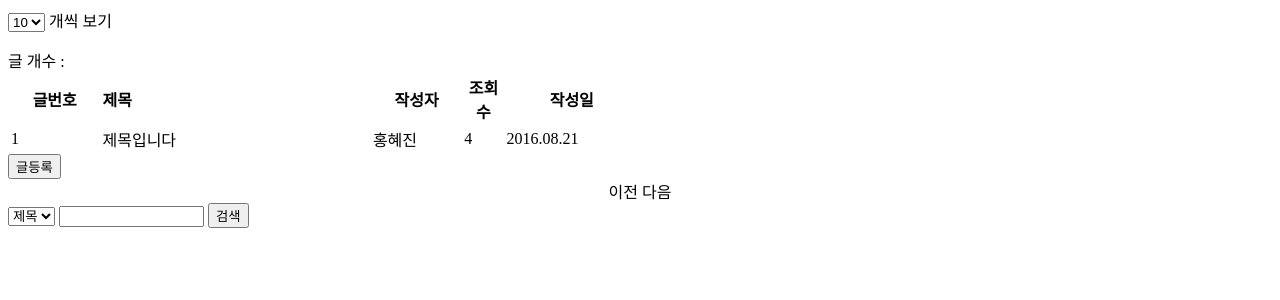
Repository: ekgus419/hckj
Page: http://localhost/Railro/WEB-INF/views/freeBoard/freeBoardSearchList.jsp
The author's editor kept a copy of each file at every save. The page is drawn from the files as they stood at one save, then again after the next save.
The browser window is 1280 px wide. The pictures show the whole page.
The page is served by Tomcat 9. Nobody is signed in. Other server files are loaded and not shown. The template is opened directly, without the code that normally fills it, so the values that code supplies are empty.

Above is the page before, as saved 2016-08-21 11:01:46.

### Railro/src/main/webapp/WEB-INF/views/freeBoard/freeBoardSearchList.jsp
<%@ page language="java" pageEncoding="UTF-8" trimDirectiveWhitespaces="true"%>

<div id="content">
	<div class="setting">
		<div class="limit-setting">
			<form action="" method="get">
				<select name="limit" onchange="limit_submit()">
					<option value="5">5</option>
					<option value="10" selected="selected">10</option>
					<option value="15">15</option>
					<option value="20">20</option>
				</select>
				개씩 보기
			</form>
		</div>
		<span>글 개수 :</span>
	</div>
	<table width="50%">
	  <tr>
	    <th width="5%">글번호</th>
	    <th width="15%" style="text-align: left">제목</th>
	    <th width="5%">작성자</th>
	    <th width="2%">조회수</th>
	    <th width="5%">작성일</th>
	  </tr>

	  <tr>
	  	<td>1</td>
	  	<td style="text-align: left">제목입니다</td>
	  	<td>홍혜진</td>
	  	<td>4</td>
	  	<td>2016.08.21</td>
	  </tr>

	</table>
	<div class="button1">
		<button class="button" onclick="location.href='freeBoardReg.htm'">글등록</button>
	</div>

	<div class="paging" align="center">
	이전&nbsp;다음
	</div>

	      <!-- 검색입력 폼 -->
	<form method= post action=''>
		<div class="search">
		  	<select name = src_name>
		        <option value=name>이름 </option>
		        <option value=subject selected>제목 </option>
				<option value=memo>내용 </option>
		    </select>
		  	<input type=text name = src_value size=15>
			<input type=submit value = 검색>
		</div>
	 </form>
</div>

After the next save:
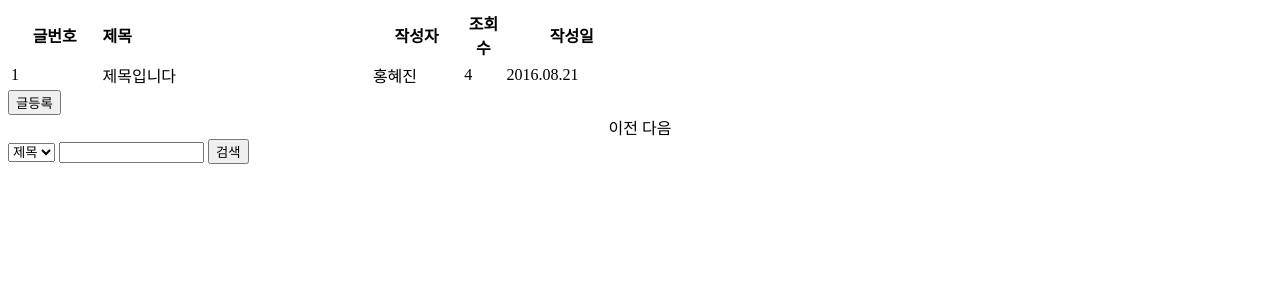
Saved 82 s later.
--- a/Railro/src/main/webapp/WEB-INF/views/freeBoard/freeBoardSearchList.jsp
+++ b/Railro/src/main/webapp/WEB-INF/views/freeBoard/freeBoardSearchList.jsp
@@ -1,20 +1,7 @@
 <%@ page language="java" pageEncoding="UTF-8" trimDirectiveWhitespaces="true"%>
 
 <div id="content">
-	<div class="setting">
-		<div class="limit-setting">
-			<form action="" method="get">
-				<select name="limit" onchange="limit_submit()">
-					<option value="5">5</option>
-					<option value="10" selected="selected">10</option>
-					<option value="15">15</option>
-					<option value="20">20</option>
-				</select>
-				개씩 보기
-			</form>
-		</div>
-		<span>글 개수 :</span>
-	</div>
+
 	<table width="50%">
 	  <tr>
 	    <th width="5%">글번호</th>

After the save that followed:
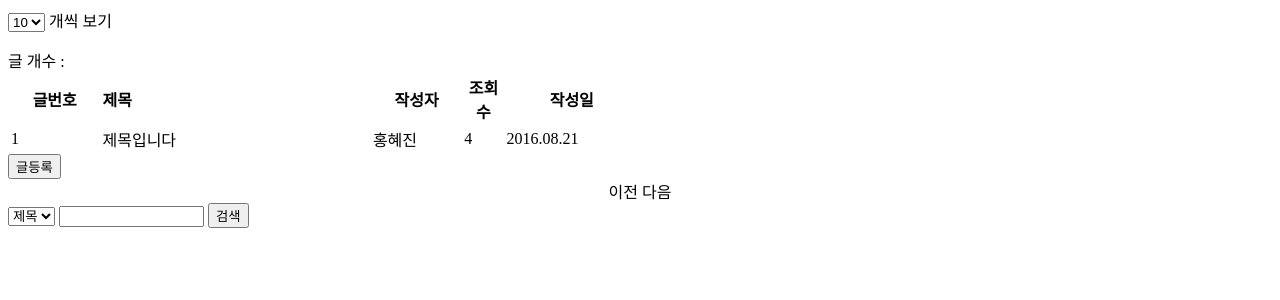
Saved 16 s later.
--- a/Railro/src/main/webapp/WEB-INF/views/freeBoard/freeBoardSearchList.jsp
+++ b/Railro/src/main/webapp/WEB-INF/views/freeBoard/freeBoardSearchList.jsp
@@ -1,7 +1,20 @@
 <%@ page language="java" pageEncoding="UTF-8" trimDirectiveWhitespaces="true"%>
 
 <div id="content">
-
+	<div class="setting">
+		<div class="limit-setting">
+			<form action="" method="get">
+				<select name="limit" onchange="limit_submit()">
+					<option value="5">5</option>
+					<option value="10" selected="selected">10</option>
+					<option value="15">15</option>
+					<option value="20">20</option>
+				</select>
+				개씩 보기
+			</form>
+		</div>
+		<span>글 개수 :</span>
+	</div>
 	<table width="50%">
 	  <tr>
 	    <th width="5%">글번호</th>
